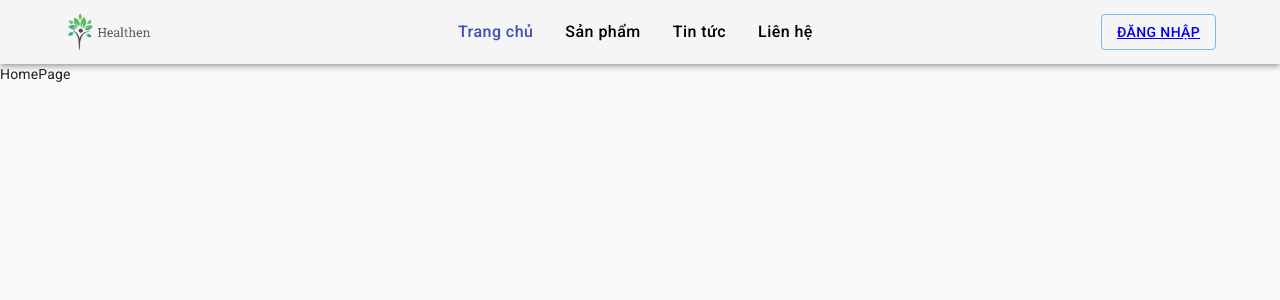
Repository: ndtrung341/Bao_Cao_PTW
Page: / (app in client/)
The author's editor kept a copy of each file at every save. The page is drawn from the files as they stood at one save, then again after the next save.
The browser window is 1280 px wide. The pictures show the whole page.
The project was rebuilt for these pictures with package versions that can differ from the ones it lists, and the page was loaded fresh each time. Also part of the build but not shown: client/src/App.css, client/src/features/cart/index.jsx.

Above is the page before, as saved 2022-03-24 15:07:04.

After the next save:
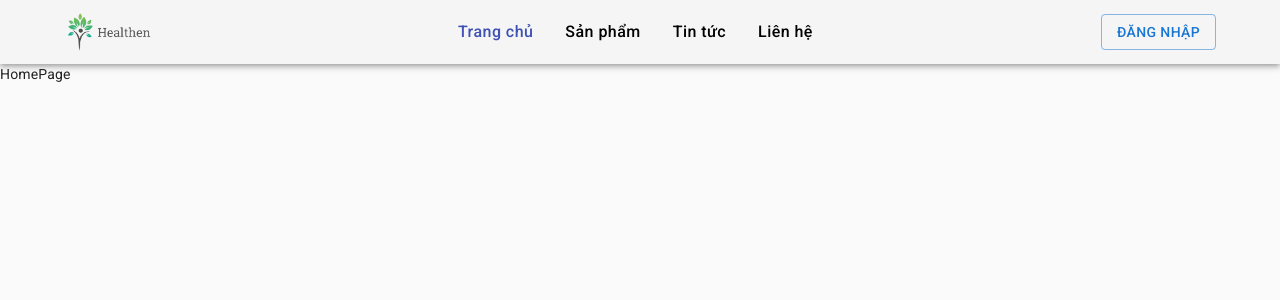
Saved 17 s later.
--- a/client/src/components/Header/HeaderRight.jsx
+++ b/client/src/components/Header/HeaderRight.jsx
@@ -28,9 +28,11 @@
 
    if (!isLoggedIn) {
       return (
-         <Button variant='outlined' size='medium'>
-            <Link to={'/user/login'}>Đăng nhập</Link>
-         </Button>
+         <Link to={'/user/login'}>
+            <Button variant='outlined' size='medium'>
+               Đăng nhập
+            </Button>
+         </Link>
       );
    }
 
